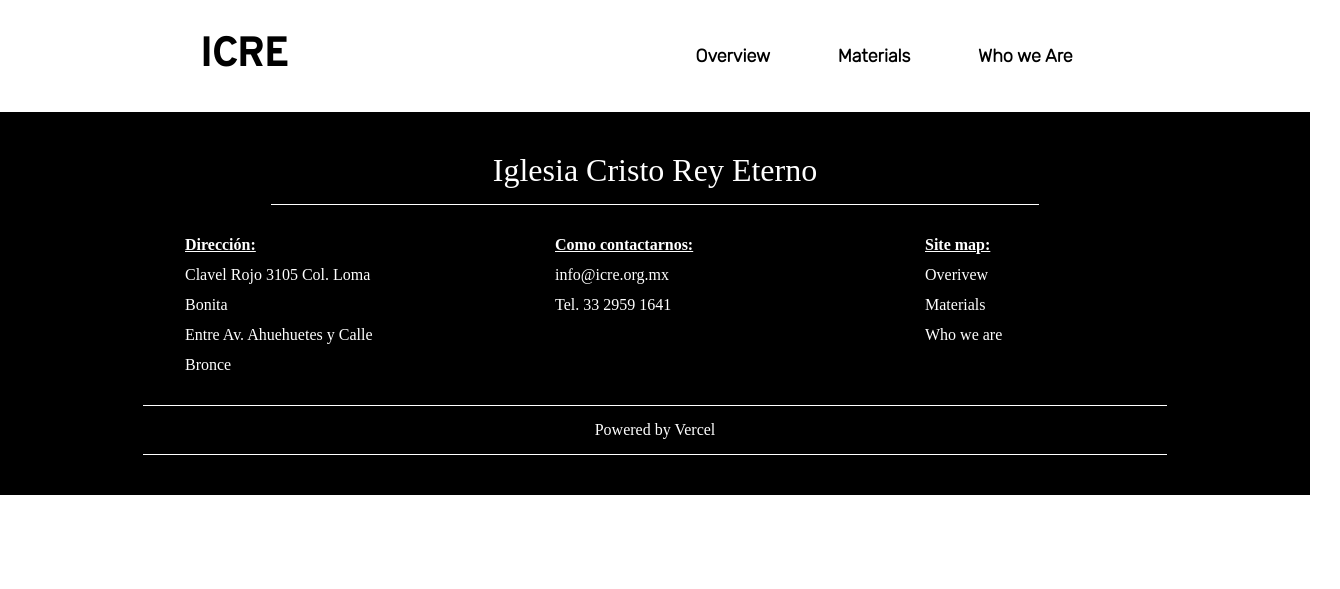
Repository: programmer686/Third-times-a-charm
Page: /Materials
An editor plug-in stored every save of this project. The page is shown before and after the next save, followed by the edit.
The browser window is 1280 px wide. The page is 1340 px wide, so the pictures cover 1340 px, including what lies to the right of the window. The pictures show the whole page.
The project was rebuilt for these pictures with package versions that can differ from the ones it lists, and the page was loaded fresh each time. The framework's server and built-in components were replaced by stand-ins that run in the browser. Also part of the build but not shown: next.config.js.

Above is the page before, as saved 2023-04-23 20:21:13.

After the next save:
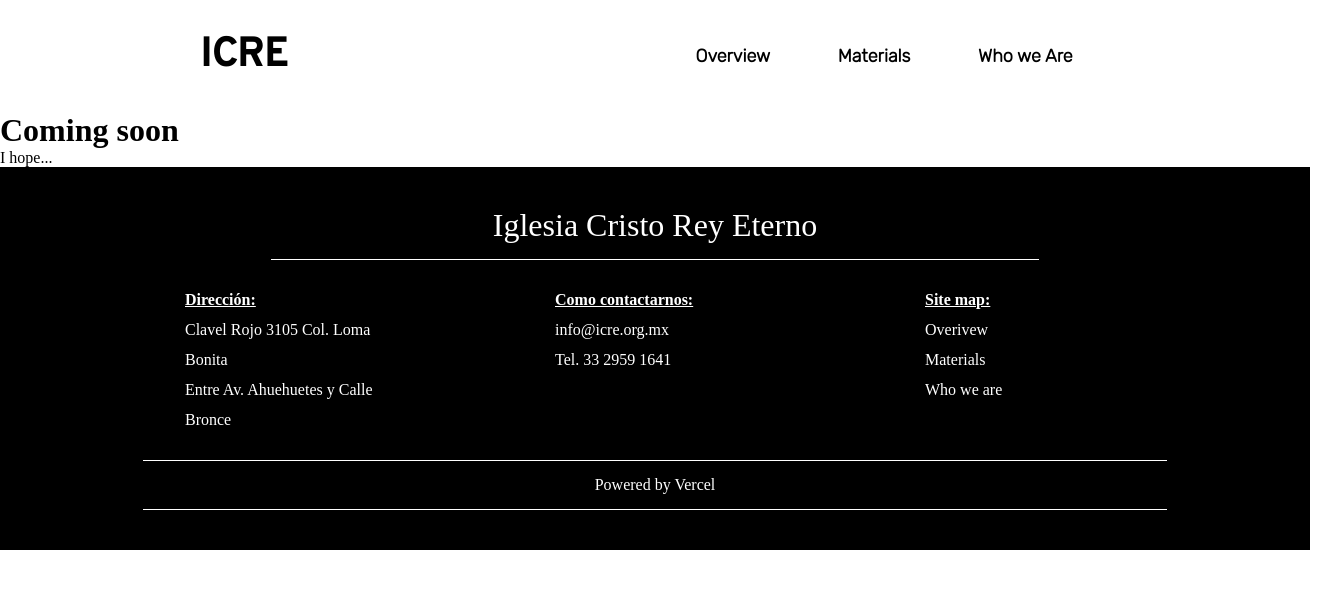
Saved 61 s later.
--- a/src/pages/Materials.tsx
+++ b/src/pages/Materials.tsx
@@ -5,7 +5,8 @@ const inter = Inter({ subsets: ['latin'] })
 export default function Materials() {
   return (
     <>
-
+      <h1>Coming soon</h1>
+      <p>I hope...</p>
     </>
   )
 }
